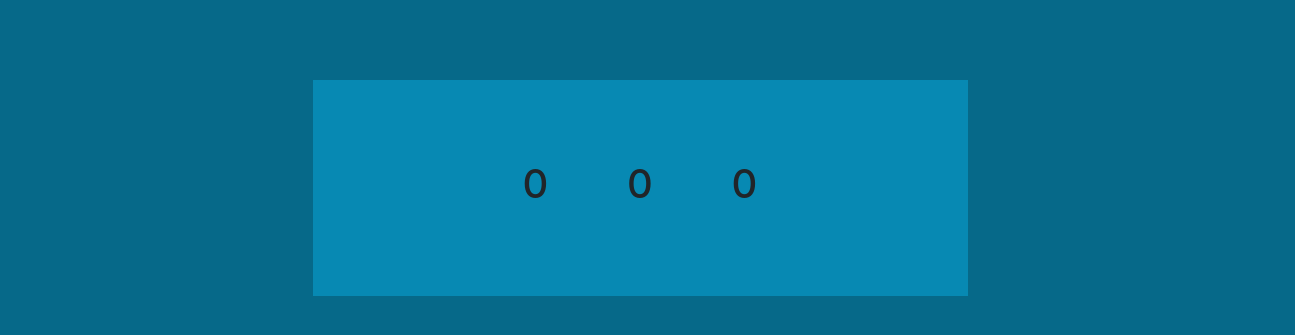
Repository: moiz9265/stopwatch
Page: index.html
An editor plug-in stored every save of this project. The page is shown before and after a run of saves, followed by the edit.
The browser window is 1280 px wide. The page is 1295 px wide, so the pictures cover 1295 px, including what lies to the right of the window. The pictures show the whole page.

Above is the page before, as saved 2020-07-09 22:54:38.

After the next 2 saves:
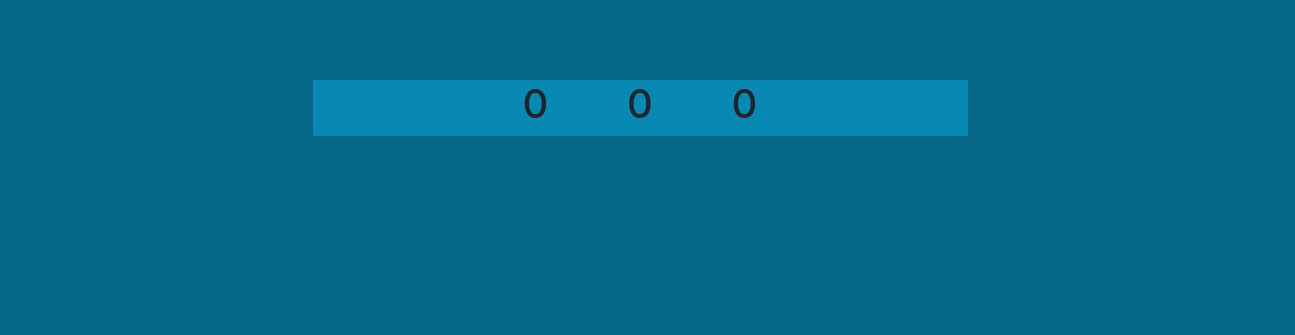
The 2 saves are shown as one change because they came seconds apart.
The last was saved 47 s later.
--- a/css/style.css
+++ b/css/style.css
@@ -7,7 +7,8 @@ body{
 
     width: 40%;
     background-color: #0789B3;
-    padding: 80px;
+    padding-: 80px;
+
 }
 
 h1
